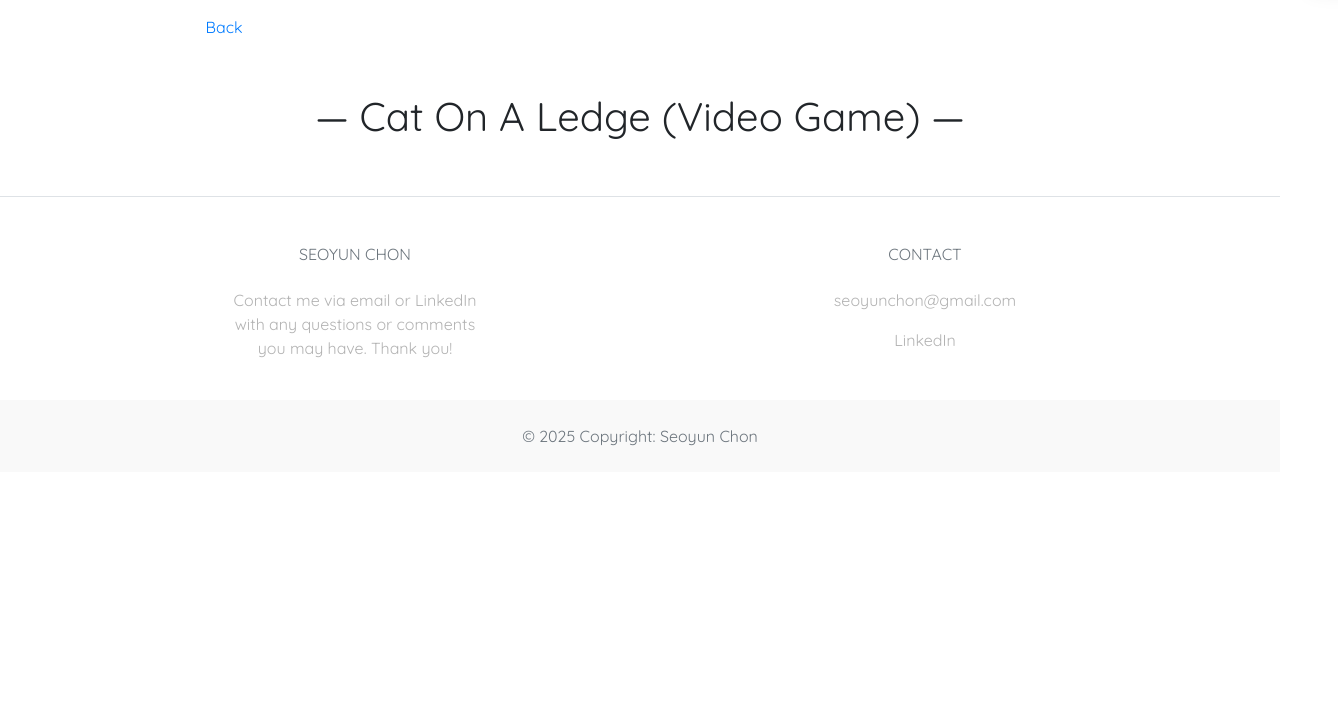
Repository: schon02/seoyun-chon-portfolio
Page: projects_catonaledge_page.html
An editor plug-in stored every save of this project. The page is shown before and after the next save, followed by the edit.
The browser window is 1280 px wide. The page is 1338 px wide, so the pictures cover 1338 px, including what lies to the right of the window. The pictures show the part of the page from y = 720 to 1440 px (the page is 1440 px tall).

Above is the page before, as saved 2025-01-31 16:33:43.

### projects_catonaledge_page.html
<!DOCTYPE html>
<html>
    <head>
        <!-- <link href="style.css" rel="stylesheet" /> -->

        <!-- Required meta tags -->
        <meta charset="utf-8">
        <meta name="viewport" content="width=device-width, initial-scale=1, shrink-to-fit=no">

        <link href="https://fonts.googleapis.com/css?family=Quicksand:400,600,700&display=swap" rel="stylesheet">

        <link rel="stylesheet" href="fonts/icomoon/style.css">

        <link rel="stylesheet" href="css/owl.carousel.min.css">

        <!-- Bootstrap CSS -->
        <link rel="stylesheet" href="css/bootstrap.min.css">

        <!-- Style -->
        <link rel="stylesheet" href="css/style.css">

        <title>Home Page</title>

    </head>

    <body>
        <!-- <header>
            <nav>
                <ul>
                    <li><a class="active" href="index.html">Home</a></li>
                    <li><a href="services_page.html">Services</a></li>
                    <li><a href="contact_page.html">Contact</a></li>
                </ul>
            </nav>
        </header> -->

        <div class="site-mobile-menu site-navbar-target">
            <div class="site-mobile-menu-header">
              <div class="site-mobile-menu-close mt-3">
                <span class="icon-close2 js-menu-toggle"></span>
              </div>
            </div>
            <div class="site-mobile-menu-body"></div>
          </div> <!-- .site-mobile-menu -->

        <div class="site-navbar-wrap">
            <div class="site-navbar-top">
              <div class="container py-3">
                <div class="row align-items-center">
                  <div class="col-6">
                    <div class="d-flex mr-auto">
                      <a href="#" class="d-flex align-items-center mr-4">
                        <span class="icon-envelope mr-2"></span>
                        <span class="d-none d-md-inline-block">seoyunchon@gmail.com</span>
                      </a>
                      <!-- <a href="#" class="d-flex align-items-center mr-auto">
                        <span class="icon-phone mr-2"></span>
                        <span class="d-none d-md-inline-block">+1 234 4567 8910</span>
                      </a> -->
                    </div>
                  </div>
                  <div class="col-6 text-right">
                    <div class="mr-auto">
                      <!-- <a href="#" class="p-2 pl-0"><span class="icon-twitter"></span></a> -->
                      <!-- <a href="#" class="p-2 pl-0"><span class="icon-facebook"></span></a> -->
                      <a href="https://www.linkedin.com/in/seoyun-chon/" class="p-2 pl-0"><span class="icon-linkedin"></span></a>
                      <!-- <a href="#" class="p-2 pl-0"><span class="icon-instagram"></span></a> -->
                    </div>

                  </div>
                </div>
              </div>
            </div>

            <div class="site-navbar site-navbar-target js-sticky-header">
              <div class="container">
                <div class="row align-items-center">
                  <div class="col-2">
                    <h1 class="my-0 site-logo"><a href="index.html">Seoyun&nbsp;Chon</a></h1>
                  </div>
                  <div class="col-10">
                    <nav class="site-navigation text-right" role="navigation">
                      <div class="container">
                        <div class="d-inline-block d-lg-none ml-md-0 mr-auto py-3"><a href="#" class="site-menu-toggle js-menu-toggle text-white"><span class="icon-menu h3"></span></a></div>

                        <ul class="site-menu main-menu js-clone-nav d-none d-lg-block">
                          <li><a href="index.html" class="nav-link">Home</a></li>
                          <li class="active"><a href="projects_page.html" class="nav-link">Projects</a></li>
                          <li class="has-children">
                            <a href="#" class="nav-link">Pages</a>
                            <ul class="dropdown arrow-top">
                              <li><a href="#" class="nav-link">Team</a></li>
                              <li><a href="#" class="nav-link">Pricing</a></li>
                              <li><a href="#" class="nav-link">FAQ</a></li>
                              <li class="has-children">
                                <a href="#">More Links</a>
                                <ul class="dropdown">
                                  <li><a href="#">Menu One</a></li>
                                  <li><a href="#">Menu Two</a></li>
                                  <li><a href="#">Menu Three</a></li>
                                </ul>
                              </li>
                            </ul>
                          </li>
                          <!-- <li><a href="#about-section" class="nav-link">About</a></li> -->
                          <li><a href="resume_page.html" class="nav-link">Resume</a></li>
                          <!-- <li><a href="#gallery-section" class="nav-link">Gallery</a></li> -->
                          <li><a href="contact_page.html" class="nav-link">Contact</a></li>
                        </ul>
                      </div>
                    </nav>
                  </div>
                </div>
              </div>
            </div>
          </div>


          <div class="hero" style="background-image: url('images/s2k2.JPG');"></div>

          <div class="left">
            <a href="projects_page.html">
              <div class="desc">Back</div>
            </a>
          </div>

        <div class="text-center" style="padding-top: 1cm;">
          <h1>— Cat On A Ledge (Video Game) —</h1>
        </div>





        <script src="js/jquery-3.3.1.min.js"></script>
        <script src="js/popper.min.js"></script>
        <script src="js/bootstrap.min.js"></script>
        <script src="js/jquery.sticky.js"></script>
        <script src="js/main.js"></script>

    </body>

<!-- Footer -->
<footer class="text-center text-lg-start bg-white text-muted">

  <section class="d-flex justify-content-center justify-content-lg-between p-4 border-bottom">
  </section>

  <!-- Section: Links  -->
  <section class="">
    <div class="container text-center text-md-start mt-5">
      <!-- Grid row -->
      <div class="row mt-3">
        <!-- Grid column -->
        <div class="col-md-3 col-lg-4 col-xl-3 mx-auto mb-4">
          <!-- Content -->
          <h6 class="text-uppercase fw-bold mb-4">
            <i class="fas fa-gem me-3 text-secondary"></i>Seoyun Chon
          </h6>
          <p>
            Contact me via email or LinkedIn with any questions or comments you may have. Thank you!
          </p>
        </div>
        <!-- Grid column -->

        <!-- Grid column -->
        <div class="col-md-4 col-lg-3 col-xl-3 mx-auto mb-md-0 mb-4">
          <!-- Links -->
          <h6 class="text-uppercase fw-bold mb-4">Contact</h6>
          <p><i class="fas fa-home me-3 text-secondary"></i> seoyunchon@gmail.com</p>
          <p>
            <i class="fas fa-envelope me-3 text-secondary"></i>
            <a href="https://www.linkedin.com/in/seoyun-chon/" class="text-reset"> LinkedIn </a>
          </p>
        </div>
        <!-- Grid column -->
      </div>
      <!-- Grid row -->
    </div>
  </section>
  <!-- Section: Links  -->

  <!-- Copyright -->
  <div class="text-center p-4" style="background-color: rgba(0, 0, 0, 0.025);">
    © 2025 Copyright:
    <a class="text-reset fw-bold" href="https://mdbootstrap.com/">Seoyun Chon</a>
  </div>
  <!-- Copyright -->
</footer>
<!-- Footer -->


</html>

### css/style.css
body {
  font-family: "Quicksand", -apple-system, BlinkMacSystemFont, "Segoe UI", Roboto, "Helvetica Neue", Arial, "Noto Sans", sans-serif, "Apple Color Emoji", "Segoe UI Emoji", "Segoe UI Symbol", "Noto Color Emoji";
  background-color: #fff;
  height: 200vh;
  position: relative; }
  body:before {
    content: "";
    position: absolute;
    top: 0;
    left: 0;
    right: 0;
    bottom: 0;
    background: rgba(0, 0, 0, 0.5);
    -webkit-transition: .3s all ease;
    -o-transition: .3s all ease;
    transition: .3s all ease;
    opacity: 0;
    visibility: hidden;
    z-index: 1; }
  body.offcanvas-menu:before {
    opacity: 1;
    z-index: 1002;
    visibility: visible; }

p {
  color: #b3b3b3;
  font-weight: 300; }

h1, h2, h3, h4, h5, h6,
.h1, .h2, .h3, .h4, .h5, .h6 {
  font-family: "Quicksand", -apple-system, BlinkMacSystemFont, "Segoe UI", Roboto, "Helvetica Neue", Arial, "Noto Sans", sans-serif, "Apple Color Emoji", "Segoe UI Emoji", "Segoe UI Symbol", "Noto Color Emoji"; }

h5 {
  margin: 0 auto; /* center element horizontally */
  text-align: center;
  width: 60%;
  color: #666;
  /* overflow: hidden; */
  /* text-overflow: ellipsis; */
  /* white-space: nowrap; */
  /* background:#666; */
}

a {
  -webkit-transition: .3s all ease;
  -o-transition: .3s all ease;
  transition: .3s all ease; }
  a, a:hover {
    text-decoration: none !important; }

.hero {
  height: 100vh;
  width: 100%;
  background-size: cover;
  background-position: center center;
  background-repeat: no-repeat; }

.site-navbar-wrap {
  position: absolute;
  z-index: 99;
  width: 100%;
  left: 0; }
  .site-navbar-wrap a {
    color: #fff; }
  .site-navbar-wrap .site-navbar-top {
    font-size: 0.8rem; }

.site-navbar-top {
  border-bottom: 1px solid rgba(255, 255, 255, 0.4); }

.site-navbar {
  margin-bottom: 0px;
  width: 100%; }
  .site-navbar .site-logo {
    font-weight: 200;
    line-height: 0;
    top: -7px;
    position: relative; }
    .site-navbar .site-logo a {
      font-weight: 200;
      color: #fff;
      font-size: 20px;
      font-weight: bold;
      text-transform: uppercase; }
  .site-navbar .site-navigation .site-menu {
    margin-bottom: 0; }
    .site-navbar .site-navigation .site-menu a {
      text-decoration: none !important;
      display: inline-block;
      font-weight: 500; }
    .site-navbar .site-navigation .site-menu > li {
      display: inline-block;
      padding: 10px 5px; }
      .site-navbar .site-navigation .site-menu > li > a {
        padding: 20px 10px;
        color: rgba(255, 255, 255, 0.6);
        font-size: 15px;
        text-decoration: none !important; }
        .site-navbar .site-navigation .site-menu > li > a.active {
          color: #fff; }
        .site-navbar .site-navigation .site-menu > li > a:hover {
          color: #fff; }
      .site-navbar .site-navigation .site-menu > li:last-child {
        padding-right: 0; }
        .site-navbar .site-navigation .site-menu > li:last-child > a {
          padding-right: 0; }
    .site-navbar .site-navigation .site-menu .has-children {
      position: relative; }
      .site-navbar .site-navigation .site-menu .has-children > a {
        position: relative;
        padding-right: 20px; }
        .site-navbar .site-navigation .site-menu .has-children > a:before {
          position: absolute;
          content: "\e313";
          font-size: 16px;
          top: 50%;
          right: 0;
          -webkit-transform: translateY(-50%);
          -ms-transform: translateY(-50%);
          transform: translateY(-50%);
          font-family: 'icomoon'; }
      .site-navbar .site-navigation .site-menu .has-children .dropdown {
        visibility: hidden;
        opacity: 0;
        top: 100%;
        position: absolute;
        text-align: left;
        -webkit-box-shadow: 0 0px 4px 0px rgba(0, 0, 0, 0.25);
        box-shadow: 0 0px 4px 0px rgba(0, 0, 0, 0.25);
        padding: 0px 0;
        margin-top: 20px;
        margin-left: 0px;
        background: #fff;
        -webkit-transition: 0.2s 0s;
        -o-transition: 0.2s 0s;
        transition: 0.2s 0s;
        border-radius: 4px; }
        .site-navbar .site-navigation .site-menu .has-children .dropdown.arrow-top {
          position: absolute; }
          .site-navbar .site-navigation .site-menu .has-children .dropdown.arrow-top:before {
            bottom: 100%;
            left: 20%;
            border: solid transparent;
            content: " ";
            height: 0;
            width: 0;
            position: absolute;
            pointer-events: none; }
          .site-navbar .site-navigation .site-menu .has-children .dropdown.arrow-top:before {
            border-color: rgba(136, 183, 213, 0);
            border-bottom-color: #fff;
            border-width: 10px;
            margin-left: -10px; }
        .site-navbar .site-navigation .site-menu .has-children .dropdown a {
          font-size: 14px;
          text-transform: none;
          letter-spacing: normal;
          -webkit-transition: 0s all;
          -o-transition: 0s all;
          transition: 0s all;
          color: #343a40; }
          .site-navbar .site-navigation .site-menu .has-children .dropdown a.active {
            color: black; }
        .site-navbar .site-navigation .site-menu .has-children .dropdown .active > a {
          color: #fff !important; }
        .site-navbar .site-navigation .site-menu .has-children .dropdown > li {
          list-style: none;
          padding: 0;
          margin: 0;
          min-width: 200px; }
          .site-navbar .site-navigation .site-menu .has-children .dropdown > li:first-child > a {
            border-top-left-radius: 4px;
            border-top-right-radius: 4px; }
          .site-navbar .site-navigation .site-menu .has-children .dropdown > li:last-child > a {
            border-bottom-left-radius: 4px;
            border-bottom-right-radius: 4px; }
          .site-navbar .site-navigation .site-menu .has-children .dropdown > li > a {
            padding: 9px 20px;
            display: block; }
            .site-navbar .site-navigation .site-menu .has-children .dropdown > li > a:hover {
              background: #ebeef0;
              color: #212529; }
          .site-navbar .site-navigation .site-menu .has-children .dropdown > li.has-children > a:before {
            content: "\e315";
            right: 20px; }
          .site-navbar .site-navigation .site-menu .has-children .dropdown > li.has-children > .dropdown, .site-navbar .site-navigation .site-menu .has-children .dropdown > li.has-children > ul {
            left: 100%;
            top: 0; }
          .site-navbar .site-navigation .site-menu .has-children .dropdown > li.has-children:hover > a, .site-navbar .site-navigation .site-menu .has-children .dropdown > li.has-children:active > a, .site-navbar .site-navigation .site-menu .has-children .dropdown > li.has-children:focus > a {
            background: #ebeef0;
            color: #212529; }
      .site-navbar .site-navigation .site-menu .has-children:hover > a, .site-navbar .site-navigation .site-menu .has-children:focus > a, .site-navbar .site-navigation .site-menu .has-children:active > a {
        color: #fff; }
      .site-navbar .site-navigation .site-menu .has-children:hover, .site-navbar .site-navigation .site-menu .has-children:focus, .site-navbar .site-navigation .site-menu .has-children:active {
        cursor: pointer; }
        .site-navbar .site-navigation .site-menu .has-children:hover > .dropdown, .site-navbar .site-navigation .site-menu .has-children:focus > .dropdown, .site-navbar .site-navigation .site-menu .has-children:active > .dropdown {
          -webkit-transition-delay: 0s;
          -o-transition-delay: 0s;
          transition-delay: 0s;
          margin-top: 0px;
          visibility: visible;
          opacity: 1; }

.site-mobile-menu {
  width: 300px;
  position: fixed;
  right: 0;
  z-index: 2000;
  padding-top: 20px;
  background: #fff;
  height: calc(100vh);
  -webkit-transform: translateX(110%);
  -ms-transform: translateX(110%);
  transform: translateX(110%);
  -webkit-box-shadow: -10px 0 20px -10px rgba(0, 0, 0, 0.1);
  box-shadow: -10px 0 20px -10px rgba(0, 0, 0, 0.1);
  -webkit-transition: .3s all ease-in-out;
  -o-transition: .3s all ease-in-out;
  transition: .3s all ease-in-out; }
  .offcanvas-menu .site-mobile-menu {
    -webkit-transform: translateX(0%);
    -ms-transform: translateX(0%);
    transform: translateX(0%); }
  .site-mobile-menu .site-mobile-menu-header {
    width: 100%;
    float: left;
    padding-left: 20px;
    padding-right: 20px; }
    .site-mobile-menu .site-mobile-menu-header .site-mobile-menu-close {
      float: right;
      margin-top: 8px; }
      .site-mobile-menu .site-mobile-menu-header .site-mobile-menu-close span {
        font-size: 30px;
        display: inline-block;
        padding-left: 10px;
        padding-right: 0px;
        line-height: 1;
        cursor: pointer;
        -webkit-transition: .3s all ease;
        -o-transition: .3s all ease;
        transition: .3s all ease; }
        .site-mobile-menu .site-mobile-menu-header .site-mobile-menu-close span:hover {
          color: #dee2e6; }
    .site-mobile-menu .site-mobile-menu-header .site-mobile-menu-logo {
      float: left;
      margin-top: 10px;
      margin-left: 0px; }
      .site-mobile-menu .site-mobile-menu-header .site-mobile-menu-logo a {
        display: inline-block;
        text-transform: uppercase; }
        .site-mobile-menu .site-mobile-menu-header .site-mobile-menu-logo a img {
          max-width: 70px; }
        .site-mobile-menu .site-mobile-menu-header .site-mobile-menu-logo a:hover {
          text-decoration: none; }
  .site-mobile-menu .site-mobile-menu-body {
    overflow-y: scroll;
    -webkit-overflow-scrolling: touch;
    position: relative;
    padding: 20px;
    height: calc(100vh - 52px);
    padding-bottom: 150px; }
  .site-mobile-menu .site-nav-wrap {
    padding: 0;
    margin: 0;
    list-style: none;
    position: relative; }
    .site-mobile-menu .site-nav-wrap a {
      padding: 10px 20px;
      display: block;
      position: relative;
      color: #212529; }
      .site-mobile-menu .site-nav-wrap a.active, .site-mobile-menu .site-nav-wrap a:hover {
        color: black; }
    .site-mobile-menu .site-nav-wrap li {
      position: relative;
      display: block; }
      .site-mobile-menu .site-nav-wrap li.active > a {
        color: black; }
    .site-mobile-menu .site-nav-wrap .arrow-collapse {
      position: absolute;
      right: 0px;
      top: 10px;
      z-index: 20;
      width: 36px;
      height: 36px;
      text-align: center;
      cursor: pointer;
      border-radius: 50%; }
      .site-mobile-menu .site-nav-wrap .arrow-collapse:hover {
        background: #f8f9fa; }
      .site-mobile-menu .site-nav-wrap .arrow-collapse:before {
        font-size: 12px;
        z-index: 20;
        font-family: "icomoon";
        content: "\f078";
        position: absolute;
        top: 50%;
        left: 50%;
        -webkit-transform: translate(-50%, -50%) rotate(-180deg);
        -ms-transform: translate(-50%, -50%) rotate(-180deg);
        transform: translate(-50%, -50%) rotate(-180deg);
        -webkit-transition: .3s all ease;
        -o-transition: .3s all ease;
        transition: .3s all ease; }
      .site-mobile-menu .site-nav-wrap .arrow-collapse.collapsed:before {
        -webkit-transform: translate(-50%, -50%);
        -ms-transform: translate(-50%, -50%);
        transform: translate(-50%, -50%); }
    .site-mobile-menu .site-nav-wrap > li {
      display: block;
      position: relative;
      float: left;
      width: 100%; }
      .site-mobile-menu .site-nav-wrap > li > a {
        padding-left: 20px;
        font-size: 20px; }
      .site-mobile-menu .site-nav-wrap > li > ul {
        padding: 0;
        margin: 0;
        list-style: none; }
        .site-mobile-menu .site-nav-wrap > li > ul > li {
          display: block; }
          .site-mobile-menu .site-nav-wrap > li > ul > li > a {
            padding-left: 40px;
            font-size: 16px; }
          .site-mobile-menu .site-nav-wrap > li > ul > li > ul {
            padding: 0;
            margin: 0; }
            .site-mobile-menu .site-nav-wrap > li > ul > li > ul > li {
              display: block; }
              .site-mobile-menu .site-nav-wrap > li > ul > li > ul > li > a {
                font-size: 16px;
                padding-left: 60px; }

.sticky-wrapper {
  position: absolute;
  z-index: 100;
  width: 100%; }
  .sticky-wrapper + .site-blocks-cover {
    margin-top: 96px; }
  .sticky-wrapper .site-navbar {
    -webkit-transition: .3s all ease;
    -o-transition: .3s all ease;
    transition: .3s all ease; }
    .sticky-wrapper .site-navbar ul li.active a {
      color: #fff; }
  .sticky-wrapper.is-sticky .site-navbar {
    background-color: black; }
    .sticky-wrapper.is-sticky .site-navbar .site-navigation .site-menu > li {
      display: inline-block;
      padding: 10px 5px; }
      .sticky-wrapper.is-sticky .site-navbar .site-navigation .site-menu > li:last-child {
        padding-right: 0; }
        .sticky-wrapper.is-sticky .site-navbar .site-navigation .site-menu > li:last-child > a {
          padding-right: 0; }
      .sticky-wrapper.is-sticky .site-navbar .site-navigation .site-menu > li.has-children > a {
        padding-right: 20px; }
      .sticky-wrapper.is-sticky .site-navbar .site-navigation .site-menu > li > a {
        padding: 10px 10px;
        color: rgba(255, 255, 255, 0.6);
        font-size: 15px; }
        .sticky-wrapper.is-sticky .site-navbar .site-navigation .site-menu > li > a:hover {
          color: #fff !important; }
        .sticky-wrapper.is-sticky .site-navbar .site-navigation .site-menu > li > a.active {
          color: #fff !important; }
      .sticky-wrapper.is-sticky .site-navbar .site-navigation .site-menu > li.active a {
        color: #fff; }





/* ---------------------stuff for text columns --------------------------- */

* {
  box-sizing: border-box;
}

/* Create two unequal columns that floats next to each other */
.column {
  float: left;
  padding: 10px;
}

.left {
  width: 35%;
}

.right {
  width: 65%;
}

/* Clear floats after the columns */
.row:after {
  content: "";
  display: table;
  clear: both;
}


/* ---------------------stuff for image gallery --------------------------- */

div.gallery {
  border: 1px solid rgb(255, 255, 255);
}

div.gallery:hover {
  border: 1px solid rgb(228, 228, 228);
}

div.gallery img {
  width: 100%;
  height: auto;
}

div.desc {
  padding: 15px;
  text-align: center;
}

* {
  box-sizing: border-box;
}

.responsive {
  padding: 0 6px;
  float: left;
  width: 24.99999%;
}

@media only screen and (max-width: 700px) {
  .responsive {
    width: 100%;
    margin: 6px 0;
  }
}

@media only screen and (max-width: 500px) {
  .responsive {
    width: 100%;
  }
}

.clearfix:after {
  content: "";
  display: table;
  clear: both;
}

### js/main.js
$(function() {

  var siteSticky = function() {
		$(".js-sticky-header").sticky({topSpacing:0});
	};
	siteSticky();

	var siteMenuClone = function() {

		$('.js-clone-nav').each(function() {
			var $this = $(this);
			$this.clone().attr('class', 'site-nav-wrap').appendTo('.site-mobile-menu-body');
		});


		setTimeout(function() {

			var counter = 0;
      $('.site-mobile-menu .has-children').each(function(){
        var $this = $(this);

        $this.prepend('<span class="arrow-collapse collapsed">');

        $this.find('.arrow-collapse').attr({
          'data-toggle' : 'collapse',
          'data-target' : '#collapseItem' + counter,
        });

        $this.find('> ul').attr({
          'class' : 'collapse',
          'id' : 'collapseItem' + counter,
        });

        counter++;

      });

    }, 1000);

		$('body').on('click', '.arrow-collapse', function(e) {
      var $this = $(this);
      if ( $this.closest('li').find('.collapse').hasClass('show') ) {
        $this.removeClass('active');
      } else {
        $this.addClass('active');
      }
      e.preventDefault();

    });

		$(window).resize(function() {
			var $this = $(this),
				w = $this.width();

			if ( w > 768 ) {
				if ( $('body').hasClass('offcanvas-menu') ) {
					$('body').removeClass('offcanvas-menu');
				}
			}
		})

		$('body').on('click', '.js-menu-toggle', function(e) {
			var $this = $(this);
			e.preventDefault();

			if ( $('body').hasClass('offcanvas-menu') ) {
				$('body').removeClass('offcanvas-menu');
				$this.removeClass('active');
			} else {
				$('body').addClass('offcanvas-menu');
				$this.addClass('active');
			}
		})

		// click outisde offcanvas
		$(document).mouseup(function(e) {
	    var container = $(".site-mobile-menu");
	    if (!container.is(e.target) && container.has(e.target).length === 0) {
	      if ( $('body').hasClass('offcanvas-menu') ) {
					$('body').removeClass('offcanvas-menu');
				}
	    }
		});
	};
	siteMenuClone();

});

Loaded but not shown: fonts/icomoon/style.css (common file); css/owl.carousel.min.css (library); css/bootstrap.min.css (library); js/jquery-3.3.1.min.js (library); js/popper.min.js (library); js/bootstrap.min.js (library); js/jquery.sticky.js (library)

After the next save:
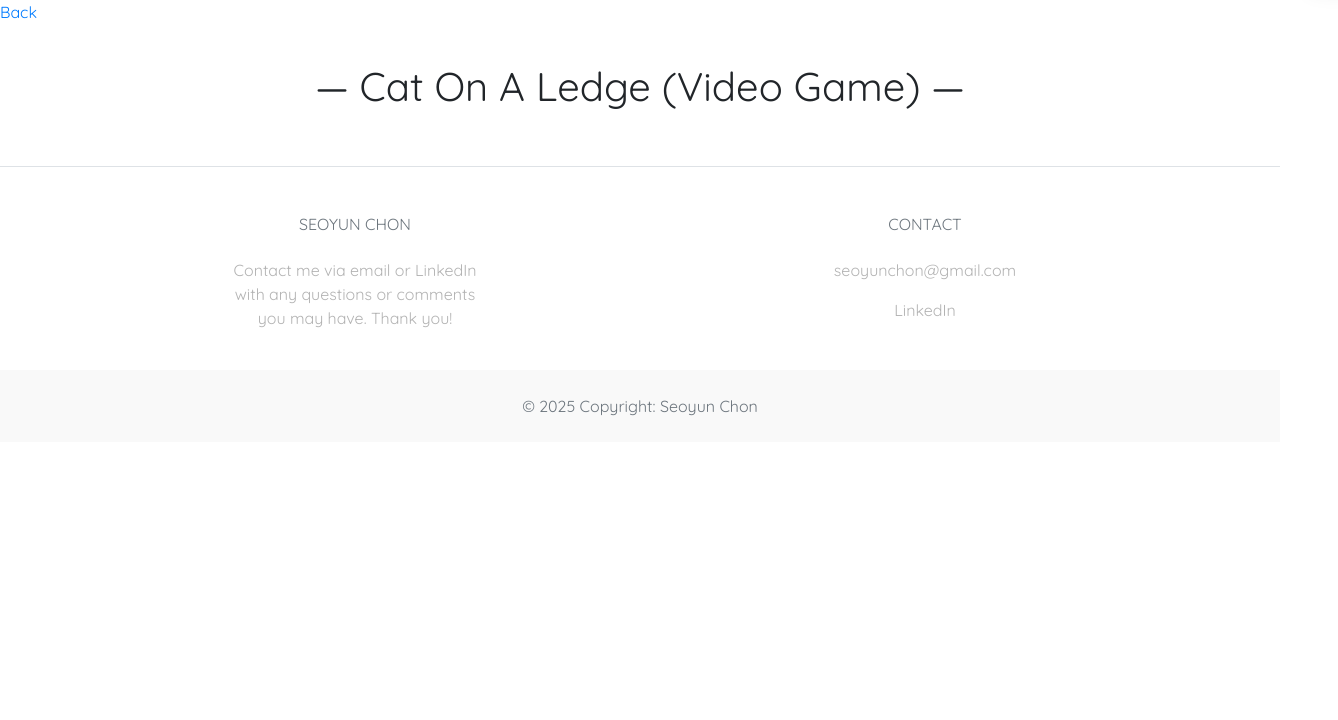
Saved 33 s later.
--- a/projects_catonaledge_page.html
+++ b/projects_catonaledge_page.html
@@ -120,7 +120,7 @@
 
           <div class="left">
             <a href="projects_page.html">
-              <div class="desc">Back</div>
+              <div>Back</div>
             </a>
           </div>
 
